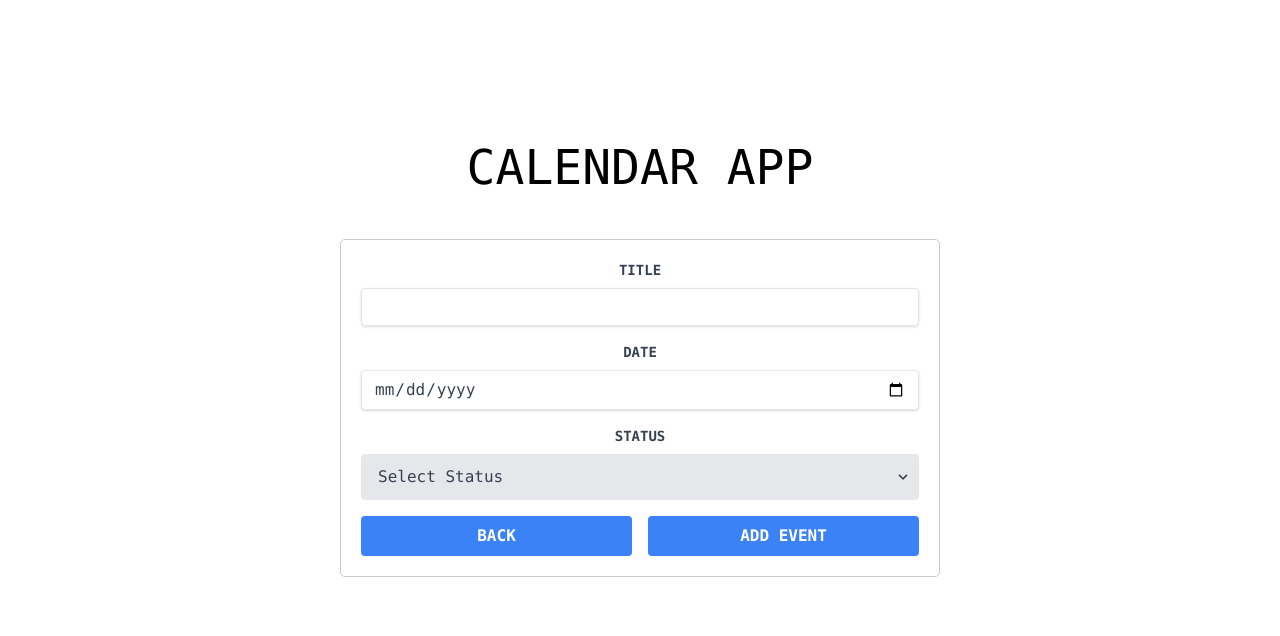
Repository: maikeru-desu/parking-lot
Page: /add (app in parking-lot-fe/)
An editor plug-in stored every save of this project. The page is shown before and after the next save, followed by the edit.
The browser window is 1280 px wide. The pictures show the whole page.
The project was rebuilt for these pictures with package versions that can differ from the ones it lists, and the page was loaded fresh each time. Also part of the build but not shown: parking-lot-fe/craco.config.js, parking-lot-fe/src/pages/Home.js, parking-lot-fe/src/pages/Edit.js.

Above is the page before, as saved 2021-10-14 08:04:03.

After the next save:
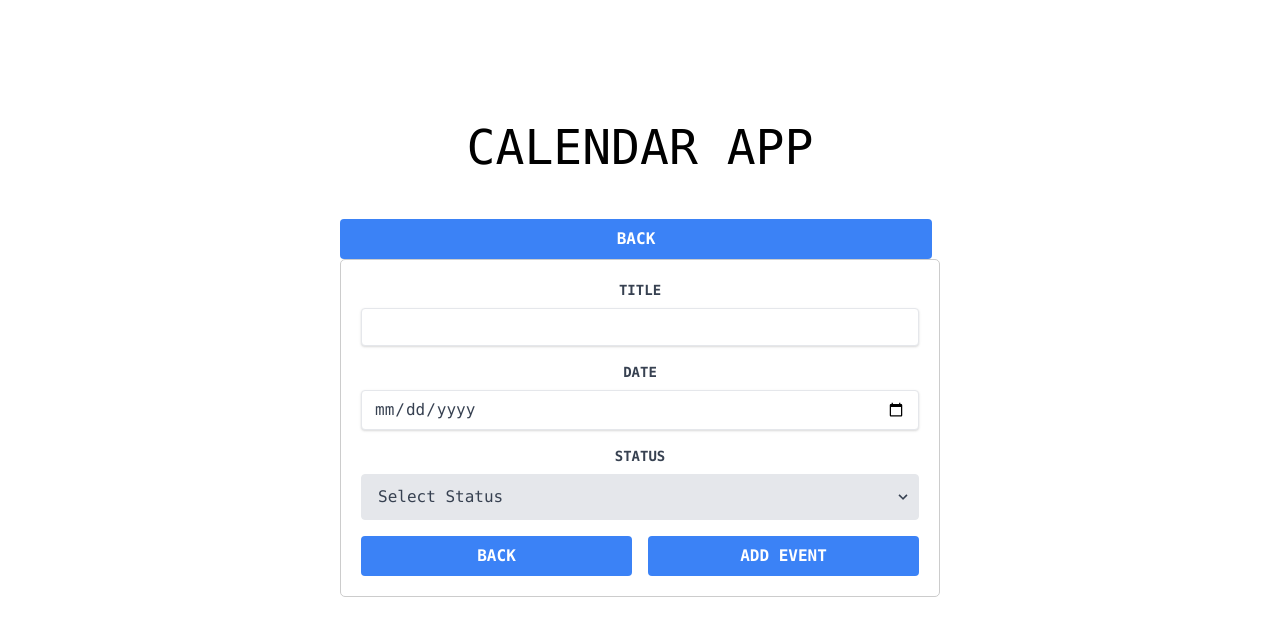
Saved 2 min 3 s later.
--- a/parking-lot-fe/src/pages/Add.js
+++ b/parking-lot-fe/src/pages/Add.js
@@ -36,6 +36,14 @@
     }
     return (
         <div>
+            <div className="flex items-center justify-between">
+                <button
+                    onClick={() => history.push("/")}
+                    className="mr-2 bg-blue-500 hover:bg-blue-700 text-white font-bold py-2 px-4 rounded focus:outline-none focus:shadow-outline"
+                    type="button">
+                    BACK
+                </button>
+            </div>
             <form method="POST" onSubmit={handleSubmit}>
                 {error && <h3 className="text-red-700">{error}</h3>}
                 <div className="mb-4">

After the 3 saves that followed:
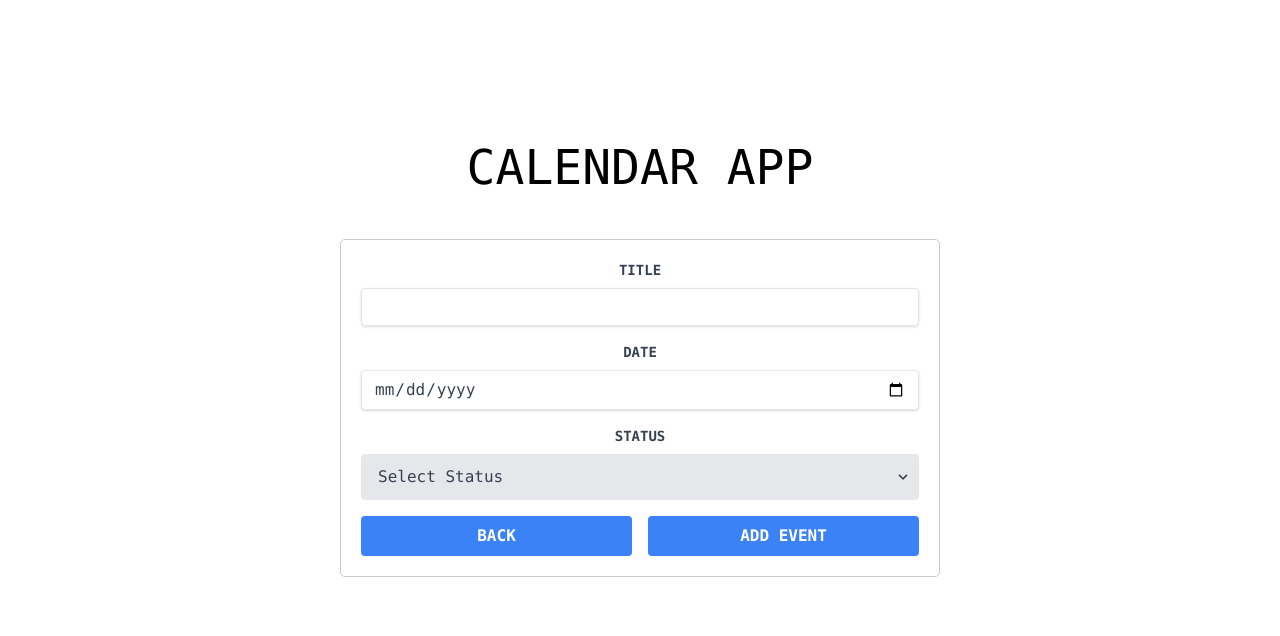
The 3 saves are shown as one change because 2 left the picture as it was.
The last was saved 40 s later.
--- a/parking-lot-fe/src/pages/Add.js
+++ b/parking-lot-fe/src/pages/Add.js
@@ -36,14 +36,6 @@
     }
     return (
         <div>
-            <div className="flex items-center justify-between">
-                <button
-                    onClick={() => history.push("/")}
-                    className="mr-2 bg-blue-500 hover:bg-blue-700 text-white font-bold py-2 px-4 rounded focus:outline-none focus:shadow-outline"
-                    type="button">
-                    BACK
-                </button>
-            </div>
             <form method="POST" onSubmit={handleSubmit}>
                 {error && <h3 className="text-red-700">{error}</h3>}
                 <div className="mb-4">
